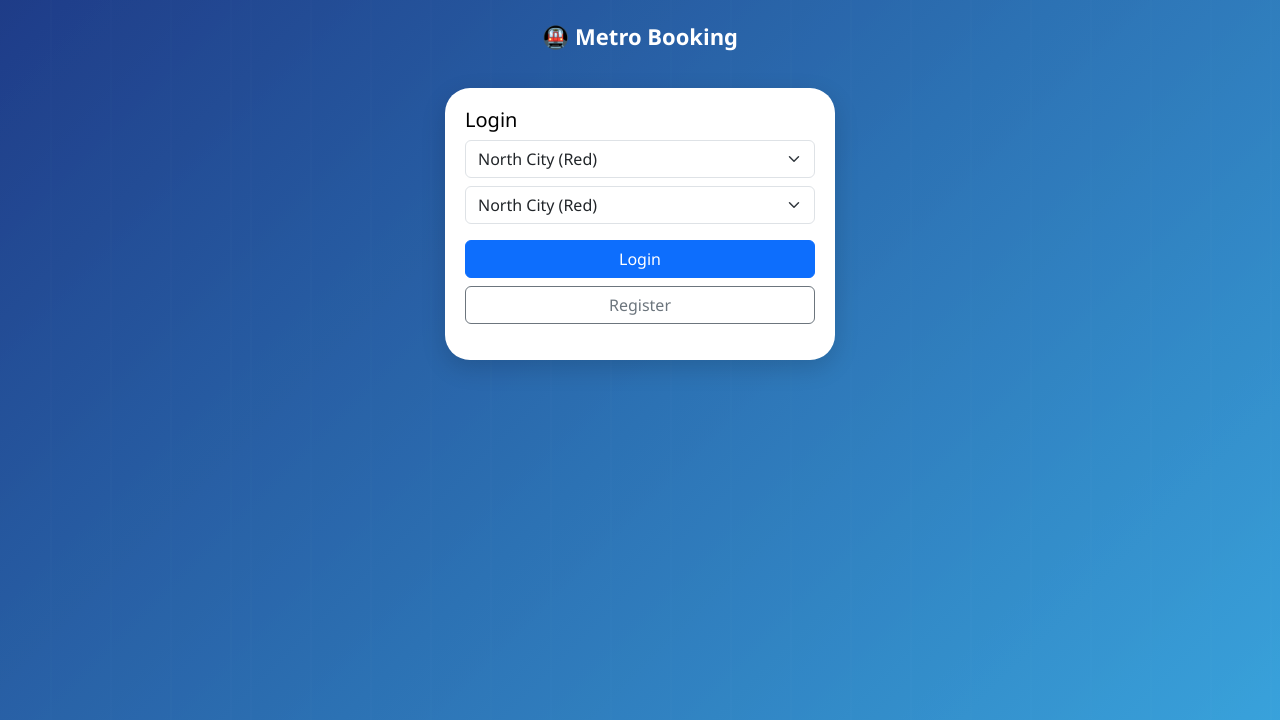
Repository: aksah72/Metro-Booking-System
Page: MetroBookingService/ui/index.html
An editor plug-in stored every save of this project. The page is shown before and after a run of saves, followed by the edit.
The browser window is 1280 px wide. The pictures show the whole page.

Above is the page before, as saved 2026-02-22 23:43:29.

### MetroBookingService/ui/index.html
<!DOCTYPE html>
<html>
<head>
<meta charset="UTF-8">
<title>Metro App</title>
<meta name="viewport" content="width=device-width, initial-scale=1">

<link href="https://cdn.jsdelivr.net/npm/bootstrap@5.3.2/dist/css/bootstrap.min.css" rel="stylesheet">
<script src="https://cdn.jsdelivr.net/npm/qrcodejs/qrcode.min.js"></script>

<style>
body{
    margin:0;
    font-family:'Segoe UI',sans-serif;
    color:white;
    overflow-x:hidden;
    position:relative;
    background:linear-gradient(135deg,#1f3c88,#39a2db);
}

/* Background Metro Image */
body::before{
    content:"";
    position:fixed;
    top:0;
    left:0;
    width:100%;
    height:100%;
    background:
        repeating-linear-gradient(
            90deg,
            rgba(255,255,255,0.05) 0px,
            rgba(255,255,255,0.05) 2px,
            transparent 2px,
            transparent 60px
        );
    animation: slide 20s linear infinite;
    z-index:-1;
}

@keyframes slide{
    from{ background-position:0 0; }
    to{ background-position:1000px 0; }
}

/* Dark overlay */
body::after{
    content:"";
    position:fixed;
    top:0;
    left:0;
    width:100%;
    height:100%;
    background:linear-gradient(135deg,#1f3c88,#39a2db);
    opacity:0.85;
    z-index:-1;
}

/* Animation */
@keyframes moveMetro {
    from { transform: translateX(0); }
    to   { transform: translateX(-50%); }
}

.app-container{
max-width:420px;
margin:auto;
min-height:100vh;
display:flex;
flex-direction:column;
}

.app-header{
padding:20px;
font-size:22px;
font-weight:600;
text-align:center;
}

.card-box{
background:white;
color:black;
border-radius:25px;
padding:20px;
margin:15px;
box-shadow:0 8px 25px rgba(0,0,0,0.15);
}

.booking-summary{
background:#f8f9fa;
padding:15px;
border-radius:15px;
}

.metro-map{
position:relative;
padding-left:40px;
margin-top:20px;
}

.station{
position:relative;
margin-bottom:25px;
font-weight:500;
}
.form-select{
    font-weight:500;
}
.station::before{
content:"";
position:absolute;
left:-28px;
top:4px;
width:16px;
height:16px;
border-radius:50%;
background:#007bff;
}

.source::before{background:#28a745;}
.destination::before{background:#dc3545;}
.interchange::before{
background:#ffc107;
border:3px solid black;
}

.line-Y::before{background:#f1c40f !important;}
.line-B::before{background:#3498db !important;}
.line-R::before{background:#e74c3c !important;}
</style>
</head>

<body>

<div class="app-container">

<div class="app-header">🚇 Metro Booking</div>

<!-- LOGIN / REGISTER -->
<div id="authSection" class="card-box">
<h5 id="authTitle">Login</h5>

<select id="source" class="form-select mb-2"></select>
<select id="destination" class="form-select mb-3"></select>

<button class="btn btn-primary w-100 mb-2" onclick="login()">Login</button>
<button class="btn btn-outline-secondary w-100 mb-2" onclick="register()">Register</button>

<div id="authMessage" class="mt-2 text-danger"></div>
</div>

<!-- DASHBOARD -->
<div id="dashboard" style="display:none;">

<div class="card-box">
<h6>Book Ticket</h6>
<input type="text" id="source" class="form-control mb-2" placeholder="From">
<input type="text" id="destination" class="form-control mb-3" placeholder="To">
<button class="btn btn-success w-100" onclick="createBooking()">Find Route</button>
</div>

<div id="routeSection" class="card-box" style="display:none;">
<h6>Route Details</h6>
<div id="bookingSummary" class="booking-summary mb-3"></div>
<div id="metroMap" class="metro-map"></div>
<div id="qrContainer" style="margin-top:20px;text-align:center;"></div>
</div>

</div>

</div>

<script>

let authToken="";
let currentBookingId="";

async function register(){

const res = await fetch("/register",{
method:"POST",
headers:{"Content-Type":"application/json"},
body:JSON.stringify({
email:email.value,
password:password.value
})
});

const data = await res.json();

if(data.error){
authMessage.innerText = data.error;
}else{
authMessage.innerText = "Registered successfully. Please login.";
}
}

async function login(){

const res = await fetch("/login",{
method:"POST",
headers:{"Content-Type":"application/json"},
body:JSON.stringify({
email:email.value,
password:password.value
})
});

const data = await res.json();

if(data.token){
authToken = data.token;
authSection.style.display="none";
dashboard.style.display="block";
}else{
authMessage.innerText="Invalid email or password";
}
}

const stations = [
    { name:"North City", line:"Red" },
    { name:"Tech Park", line:"Red" },
    { name:"Central Market", line:"Red" },
    { name:"City Hospital", line:"Red" },
    { name:"Grand Junction", line:"Red / Blue" },
    { name:"Museum", line:"Red" },
    { name:"Old Town", line:"Red" },
    { name:"South Terminal", line:"Red" },

    { name:"Airport", line:"Blue" },
    { name:"IT Hub", line:"Blue" },
    { name:"Lake View", line:"Blue" },
    { name:"City Center", line:"Blue / Yellow" },
    { name:"Stadium", line:"Blue" },
    { name:"University", line:"Blue" },
    { name:"West End", line:"Blue" },

    { name:"Industrial Area", line:"Yellow" },
    { name:"Science Park", line:"Yellow" },
    { name:"Metro Plaza", line:"Yellow" },
    { name:"Railway Station", line:"Yellow" },
    { name:"East Market", line:"Yellow" },
    { name:"Old Port", line:"Yellow" }
];

function loadStations(){
    const source = document.getElementById("source");
    const destination = document.getElementById("destination");

    stations.forEach(station=>{
        let option1 = document.createElement("option");
        option1.value = station.name;
        option1.text = station.name + " (" + station.line + ")";
        source.appendChild(option1);

        let option2 = document.createElement("option");
        option2.value = station.name;
        option2.text = station.name + " (" + station.line + ")";
        destination.appendChild(option2);
    });
}

window.onload = loadStations;

async function createBooking(){

const res = await fetch("/booking",{
method:"POST",
headers:{
"Content-Type":"application/json",
"Authorization":authToken
},
body:JSON.stringify({
source:source.value,
destination:destination.value
})
});

const data = await res.json();

if(data.error){
alert(data.error);
return;
}

currentBookingId = data.bookingId;
routeSection.style.display="block";

bookingSummary.innerHTML = `
<strong>Fare:</strong> ₹ ${data.fare}<br>
<strong>Duration:</strong> ${data.duration} mins<br>
<strong>Transfers:</strong> ${data.transfers}
<br><br>
<button class="btn btn-primary w-100" onclick="makePayment()">
Pay Now
</button>
`;

renderRoute(data.segments);
document.getElementById("qrContainer").innerHTML="";
}

function renderRoute(segments){

const metroMap = document.getElementById("metroMap");
metroMap.innerHTML="";

let interchangeStations=[];

if(segments.length>1){
for(let i=1;i<segments.length;i++){
interchangeStations.push(segments[i].stops[0]);
}
}

segments.forEach(seg=>{

seg.stops.forEach(station=>{

let div=document.createElement("div");
div.className="station line-"+seg.line;

if(station===segments[0].stops[0])
div.classList.add("source");

if(station===segments[segments.length-1].stops.slice(-1)[0])
div.classList.add("destination");

if(interchangeStations.includes(station)){
div.classList.add("interchange");
div.innerText=station+" (Interchange)";
}else{
div.innerText=station;
}

metroMap.appendChild(div);

});

});
}

async function makePayment(){

const res = await fetch("/pay",{
method:"POST",
headers:{
"Content-Type":"application/json",
"Authorization":authToken
},
body:JSON.stringify({bookingId:currentBookingId})
});

const data = await res.json();

if(data.error){
alert(data.error);
return;
}

alert("Payment Successful ✅");

const qrDiv=document.getElementById("qrContainer");
qrDiv.innerHTML="";

if(data.qr){
new QRCode(qrDiv,{
text:data.qr,
width:150,
height:150
});
}else{
qrDiv.innerHTML="<p style='color:red;'>QR not received from server</p>";
}
}

</script>

</body>
</html>

After the next 4 saves:
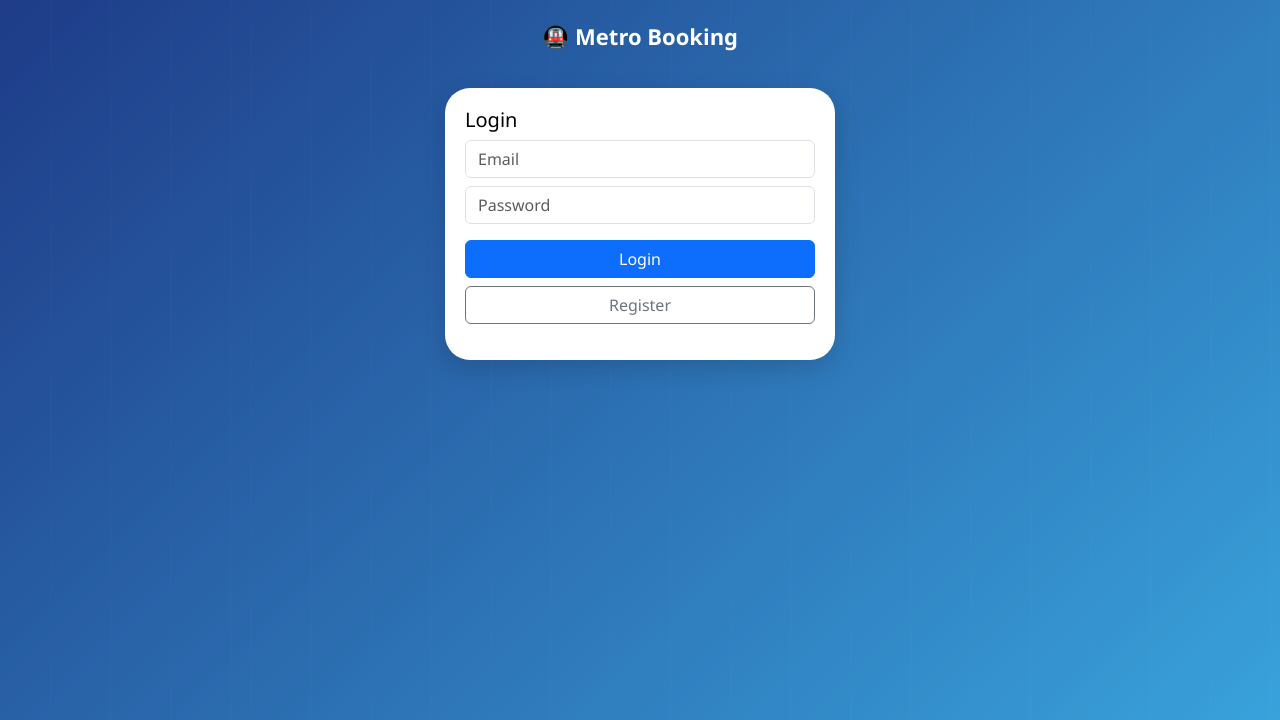
The 4 saves are shown as one change because they came seconds apart.
The last was saved 3 min 26 s later.
--- a/MetroBookingService/ui/index.html
+++ b/MetroBookingService/ui/index.html
@@ -103,9 +103,7 @@ position:relative;
 margin-bottom:25px;
 font-weight:500;
 }
-.form-select{
-    font-weight:500;
-}
+
 .station::before{
 content:"";
 position:absolute;
@@ -140,8 +138,8 @@ border:3px solid black;
 <div id="authSection" class="card-box">
 <h5 id="authTitle">Login</h5>
 
-<select id="source" class="form-select mb-2"></select>
-<select id="destination" class="form-select mb-3"></select>
+<input type="email" id="email" class="form-control mb-2" placeholder="Email">
+<input type="password" id="password" class="form-control mb-3" placeholder="Password">
 
 <button class="btn btn-primary w-100 mb-2" onclick="login()">Login</button>
 <button class="btn btn-outline-secondary w-100 mb-2" onclick="register()">Register</button>
@@ -216,51 +214,6 @@ dashboard.style.display="block";
 authMessage.innerText="Invalid email or password";
 }
 }
-
-const stations = [
-    { name:"North City", line:"Red" },
-    { name:"Tech Park", line:"Red" },
-    { name:"Central Market", line:"Red" },
-    { name:"City Hospital", line:"Red" },
-    { name:"Grand Junction", line:"Red / Blue" },
-    { name:"Museum", line:"Red" },
-    { name:"Old Town", line:"Red" },
-    { name:"South Terminal", line:"Red" },
-
-    { name:"Airport", line:"Blue" },
-    { name:"IT Hub", line:"Blue" },
-    { name:"Lake View", line:"Blue" },
-    { name:"City Center", line:"Blue / Yellow" },
-    { name:"Stadium", line:"Blue" },
-    { name:"University", line:"Blue" },
-    { name:"West End", line:"Blue" },
-
-    { name:"Industrial Area", line:"Yellow" },
-    { name:"Science Park", line:"Yellow" },
-    { name:"Metro Plaza", line:"Yellow" },
-    { name:"Railway Station", line:"Yellow" },
-    { name:"East Market", line:"Yellow" },
-    { name:"Old Port", line:"Yellow" }
-];
-
-function loadStations(){
-    const source = document.getElementById("source");
-    const destination = document.getElementById("destination");
-
-    stations.forEach(station=>{
-        let option1 = document.createElement("option");
-        option1.value = station.name;
-        option1.text = station.name + " (" + station.line + ")";
-        source.appendChild(option1);
-
-        let option2 = document.createElement("option");
-        option2.value = station.name;
-        option2.text = station.name + " (" + station.line + ")";
-        destination.appendChild(option2);
-    });
-}
-
-window.onload = loadStations;
 
 async function createBooking(){
 
